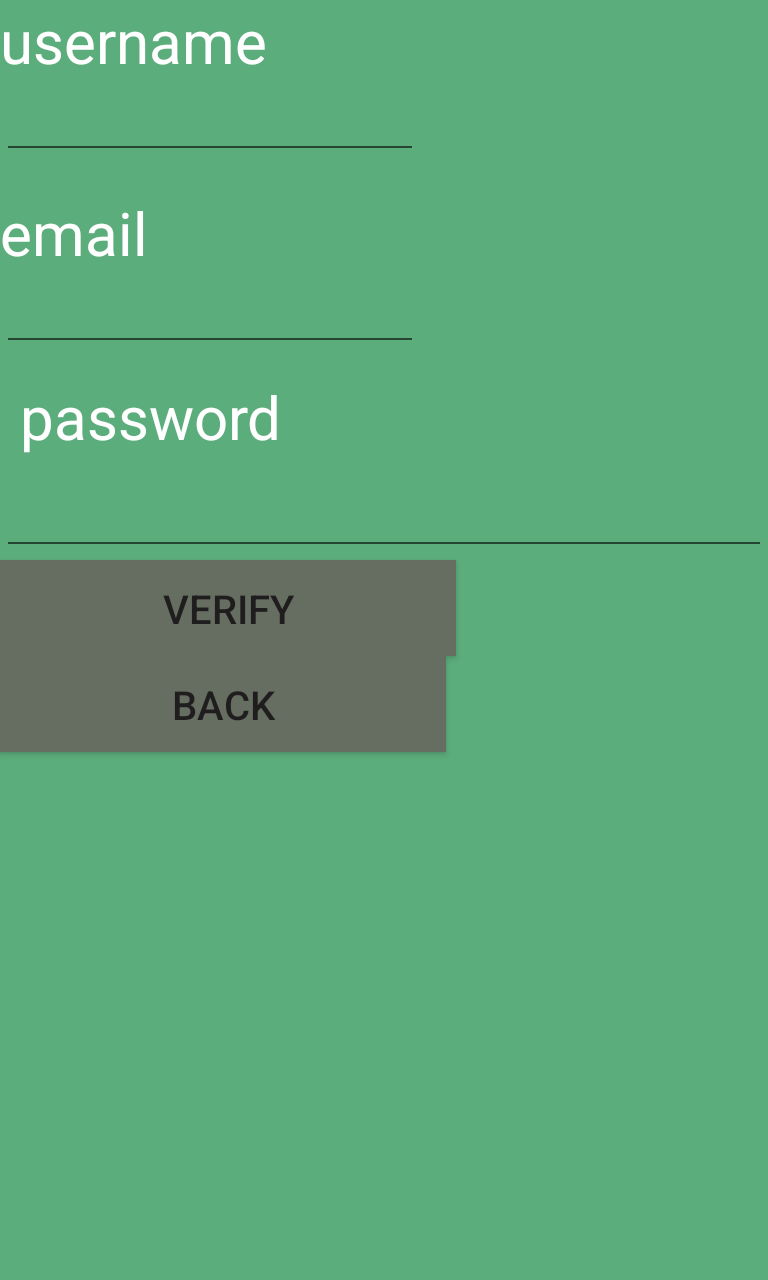
Repository: janemuthoni/icon
Layout: Exam/res/layout/login.xml
These files come from the project's save history. The layout is drawn as it stood at one moment and after the next save; the edit follows.
It is drawn on a 768 x 1280 px phone screen (xhdpi) without system bars, with theme AppTheme; the app's code is not run.

Above is the layout before, as saved 2014-08-07 08:35:47.

After the next save:
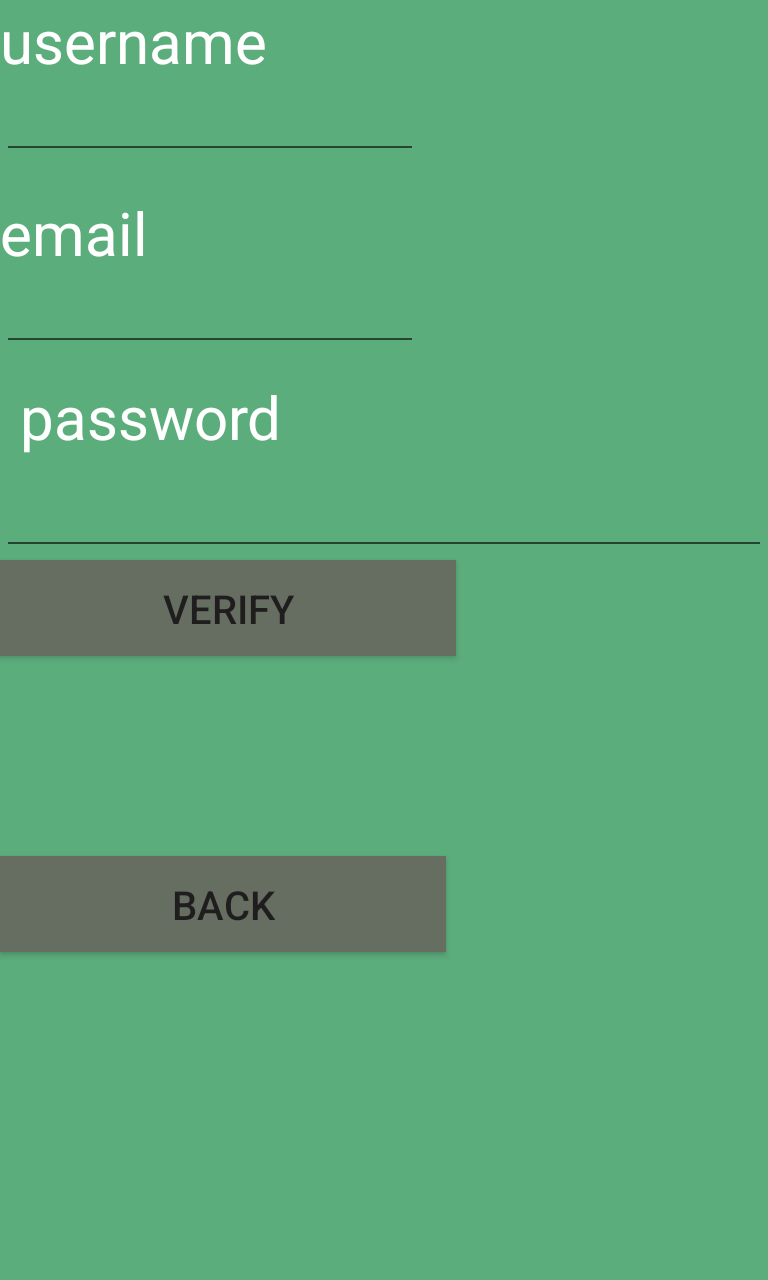
Saved 30 s later.
--- a/Exam/res/layout/login.xml
+++ b/Exam/res/layout/login.xml
@@ -64,9 +64,10 @@
           android:id="@+id/buttonback"
           android:layout_width="223dp"
           android:layout_height="wrap_content"
+          android:background="@color/darkgrey"
           android:text="@string/buttonback"
           android:textColor="@color/black"
           android:textSize="20sp"
-          android:background="@color/darkgrey"/>
+          android:layout_marginTop="100dp" />
 
 </LinearLayout>
